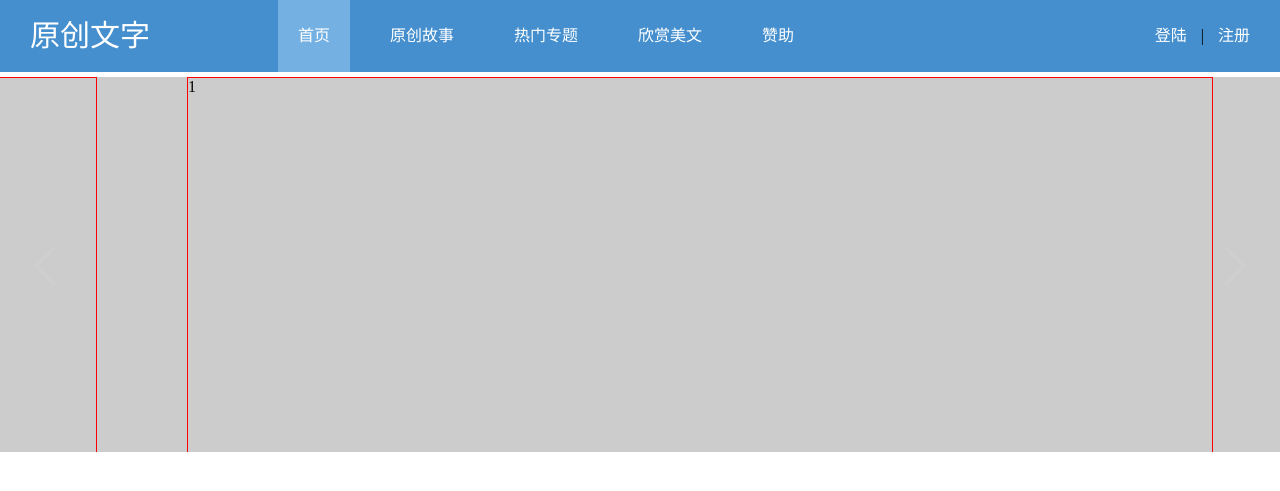
Repository: equation-zheng/Article
Page: http://localhost/Idles/
An editor plug-in stored every save of this project. The page is shown before and after the next save, followed by the edit.
The browser window is 1280 px wide. The pictures show the whole page.
Some web libraries are served in a nearby version. The page is served by Tomcat 9. Other server files are loaded and not shown.

Above is the page before, as saved 2017-12-06 03:00:53.

### Service/apache-tomcat-7.0.82/Idles/WebContent/index.jsp
<?xml version="1.0" encoding="UTF-8" ?>
<%@ page language="java" contentType="text/html; charset=UTF-8"
    pageEncoding="UTF-8"%>
<!DOCTYPE html PUBLIC "-//W3C//DTD XHTML 1.0 Transitional//EN" "http://www.w3.org/TR/xhtml1/DTD/xhtml1-transitional.dtd">
<html xmlns="http://www.w3.org/1999/xhtml">
<head>
<meta http-equiv="Content-Type" content="text/html; charset=UTF-8" />
<title>首页</title>
</head>
<style>
	* {
		margin: 0;
		padding: 0;
		font-family: "微软雅黑";
	}
	ul li {
		list-style: none;
	}
	.header {
		height: 72px;
		background: #458fce;
	}
	.header .logo {
		color: #fff;
		line-height: 72px;
		font-size: 30px;
		margin-left: 30px;
		display: inline-block;
		font-weight: 500;
		float: left;
	}
	.header ul .first {
		margin-left: 10%;
		background: #74b0e2;
	}
	.header ul li {
		float: left;
		line-height: 72px;
		margin-left: 20px;
		padding: 0 20px 0 20px;
		color: #fff;

	}
	.header ul li:hover{
		background: #74b0e2;
		color: #D6E1CC;
	}
	.header .login {
		margin-right: 20px;
		float: right;
	}
	.header .login a {
		line-height: 72px;
		color: #fff;
		padding: 0 10px 0 10px;
		display: inline-block;
		text-decoration: none;
	}
	.header .login span a:hover {
		background: #74b0e2;
		color: #D6E1CC;
	}
	.banner {
		height: 380px;
		overflow: hidden;
		background: #ccc;
		position: relative;
	}
	.banner ul {
		height: 380px;
		width: 5120px;
		border: solid 5px #fff;
		margin-left: -1024px;
	}
	.banner ul li {
		height: 380px;
		width: 1024px;
		border: solid 1px red;
		margin-left: 90px;
		float: left;
	}
	.banner s {
		width: 25px;
		height: 25px;
		position: absolute;
		top: 180px;
		transform: rotate(45deg);
		border-color: #E8E8E8;
		opacity: .1;
		transition: opacity .5s;
	}
	.banner s:nth-child(1) {
		left: 40px;
		border-left-style: solid;
		border-bottom-style: solid;
	}
	.banner s:nth-child(2) {
		right: 40px;
		border-top-style: solid;
		border-right-style: solid;
	}
	.banner:hover s {
		opacity: 1;
	}

</style>
<body>
	<div class="header">
	<div class='logo'>原创文字</div>
		<ul>
			<li class='first'>首页</li>
			<li>原创故事</li>
			<li>热门专题</li>
			<li>欣赏美文</li>
			<li>赞助</li>
		</ul>
		<div class='login'>
			<span><a href="javascript:void(0)">登陆</a></span>
			<span>|</span>
			<span><a href="javascript:void(0)">注册</a></span>
		</div>
	</div>
	<div class="banner">
		<s class="moveLeft" onclick="moveLeft()"></s><s class="moveRight" onclick="moveRight()"></s>
		<ul>
			<li>0<img src="" alt="" /></li>
			<li>1<img src="" alt="" /></li>
			<li>2<img src="" alt="" /></li>
			<li>3<img src="" alt="" /></li>
			<li>4<img src="" alt="" /></li>
			<li>5<img src="" alt="" /></li>
		</ul>
	</div>
</body>
<script src="http://libs.baidu.com/jquery/2.0.0/jquery.min.js"></script>
<script>
	var moveLeft = $('.moveLeft').eq(0);
	var moveRight = $('.moveRight').eq(0);
	var ul = $('.banner ul').eq(0);
	moveLeft.on('click', function() {
		ul.animate({marginLeft : -2048}, 1000);
	})
	moveRight.on('clock', function() {
		ul
	})
</script>
</html>

After the next save:
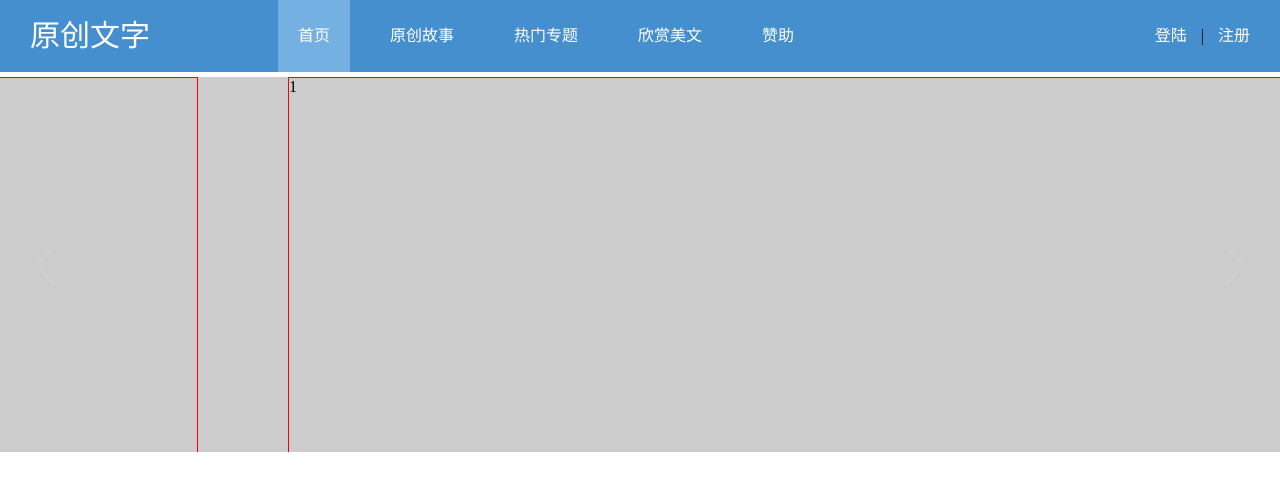
Saved 41 s later.
--- a/Service/apache-tomcat-7.0.82/Idles/WebContent/index.jsp
+++ b/Service/apache-tomcat-7.0.82/Idles/WebContent/index.jsp
@@ -74,7 +74,7 @@
 	}
 	.banner ul li {
 		height: 380px;
-		width: 1024px;
+		width: 1125px;
 		border: solid 1px red;
 		margin-left: 90px;
 		float: left;
